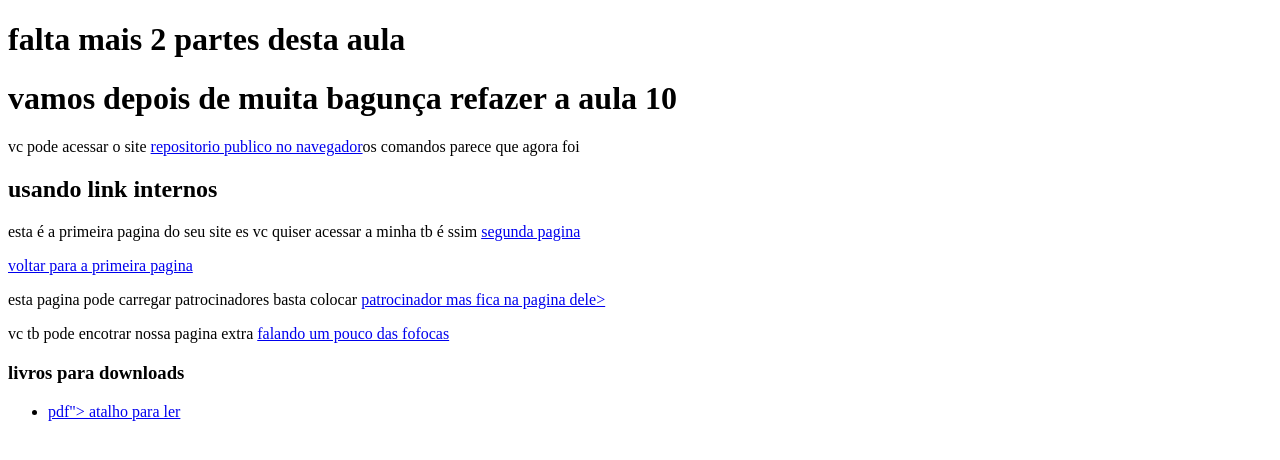
Repository: DorivalJunior14/exercicios
Page: aula10.html/pagoo2.html
The author's editor kept a copy of each file at every save. The page is drawn from the files as they stood at one save, then again after the next save.
The browser window is 1280 px wide. The pictures show the whole page.

Above is the page before, as saved 2020-12-08 11:31:52.

### aula10.html/pagoo2.html
<!DOCTYPE html>
<html lang="pt-br">
  <head>
    <meta charset="utf-8">
    <title>pag002.html</title>
  </head>
  <body>
    <h1>falta mais 2 partes desta aula</h1><!--que vai ser continuada aqui-->
  <h1>vamos depois de muita bagunça refazer a aula 10</h1>
    <p>vc pode acessar o site <a href="https://www.facebook.com/junior.muccillo" target="_blank"rel="external">repositorio publico no navegador</a>os comandos parece que agora foi</p>
    <h2>usando link internos</h2>
  <p> esta é a primeira pagina do seu site es vc quiser acessar a minha tb é ssim <a href="pagoo2.html"rel="next">segunda pagina</a> </p>
  <p><a href="index.html" rel="prev">voltar para a primeira pagina</a></p>
  <p>esta pagina pode carregar patrocinadores basta colocar
    <a href="#"target="_blank"rel="nofollow">patrocinador mas fica na pagina dele></a>
  </p><!-- o patrocinador não fica vinculado ou direto na pagina dele, vc pode desconsiderar-->
  <p>vc tb pode encotrar nossa pagina extra <a href="noticias/pag003.html">falando um pouco das fofocas </a></p>
  <h3>livros para downloads</h3>
  <ul>
    <li><a href="meulivro/empdf>"download="meulivro/atalho type="application/>pdf"> atalho para ler</a></li>

</ul>
  </body>
</html>

After the next save:
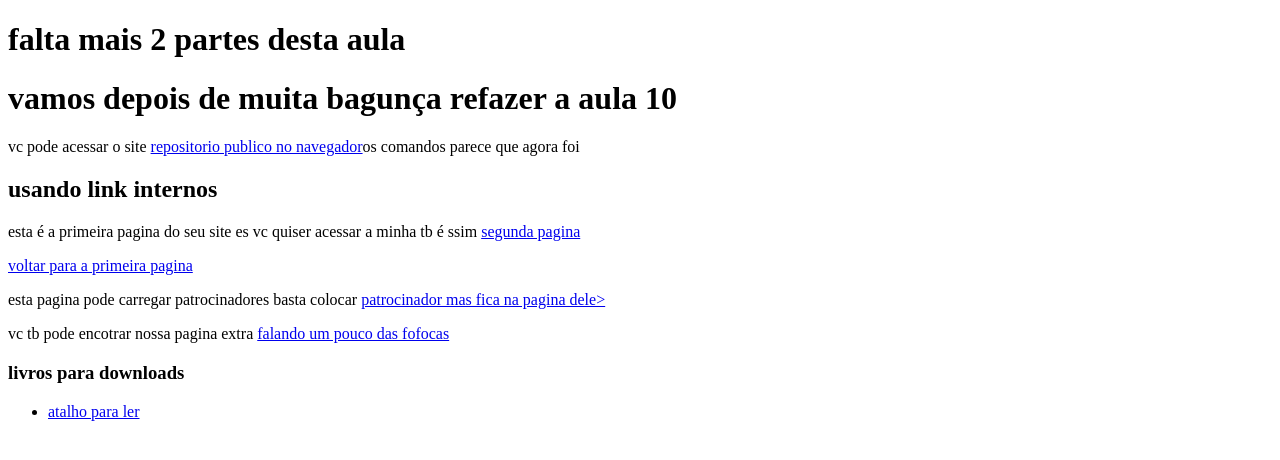
Saved 70 s later.
--- a/aula10.html/pagoo2.html
+++ b/aula10.html/pagoo2.html
@@ -17,7 +17,7 @@
   <p>vc tb pode encotrar nossa pagina extra <a href="noticias/pag003.html">falando um pouco das fofocas </a></p>
   <h3>livros para downloads</h3>
   <ul>
-    <li><a href="meulivro/empdf>"download="meulivro/atalho type="application/>pdf"> atalho para ler</a></li>
+    <li><a href="meulivro/empdf>"download="meulivro/atalho type="application/pdf"> atalho para ler</a></li>
 
 </ul>
   </body>
